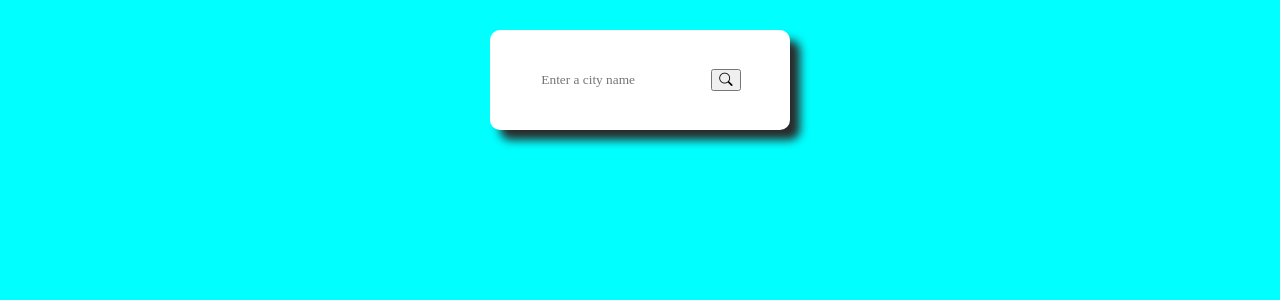
Repository: CrissRT/weather
Page: index.html
These files come from the project's save history. The page is drawn as it stood at one moment and after the next save; the edit follows.
The browser window is 1280 px wide. The pictures show the whole page.
Some web fonts or font styles are not loaded; a fallback is used.

Above is the page before, as saved 2024-06-30 15:23:30.

After the next save:
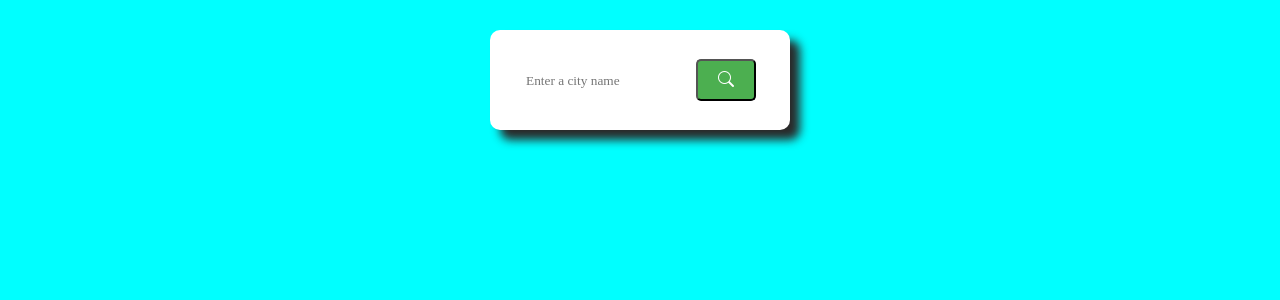
Saved 10 s later.
--- a/style.css
+++ b/style.css
@@ -45,5 +45,13 @@ body {
 }
 
 #search-button {
-
+    background-color: #4CAF50;
+    color: white;
+    padding: 10px 20px;
+    text-align: center;
+    text-decoration: none;
+    display: inline-block;
+    font-size: 16px;
+    border-radius: 5px;
+    cursor: pointer;
 }
